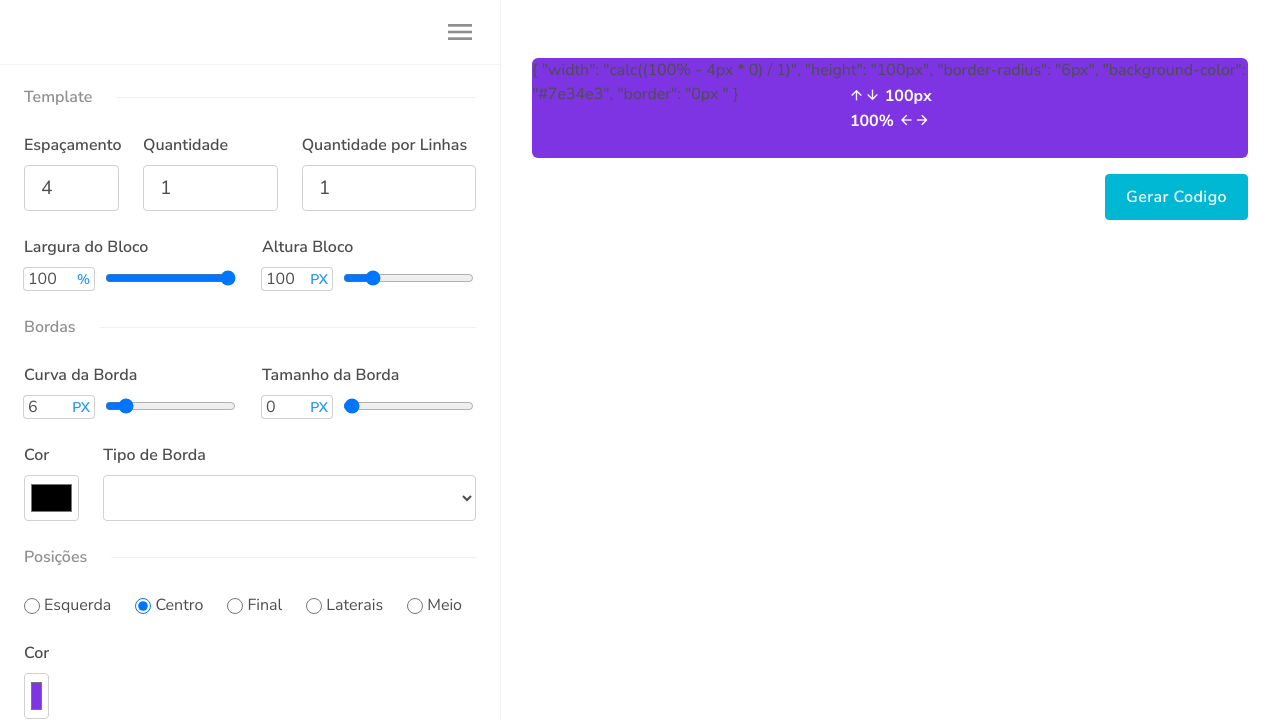
Repository: Flintdl/lowcode-elements
Page: /
An editor plug-in stored every save of this project. The page is shown before and after the next save, followed by the edit.
The browser window is 1280 px wide. The pictures show the whole page.
The project was rebuilt for these pictures with package versions that can differ from the ones it lists, and the page was loaded fresh each time. Also part of the build but not shown: vue.config.js.

Above is the page before, as saved 2022-04-05 17:13:51.

After the next save:
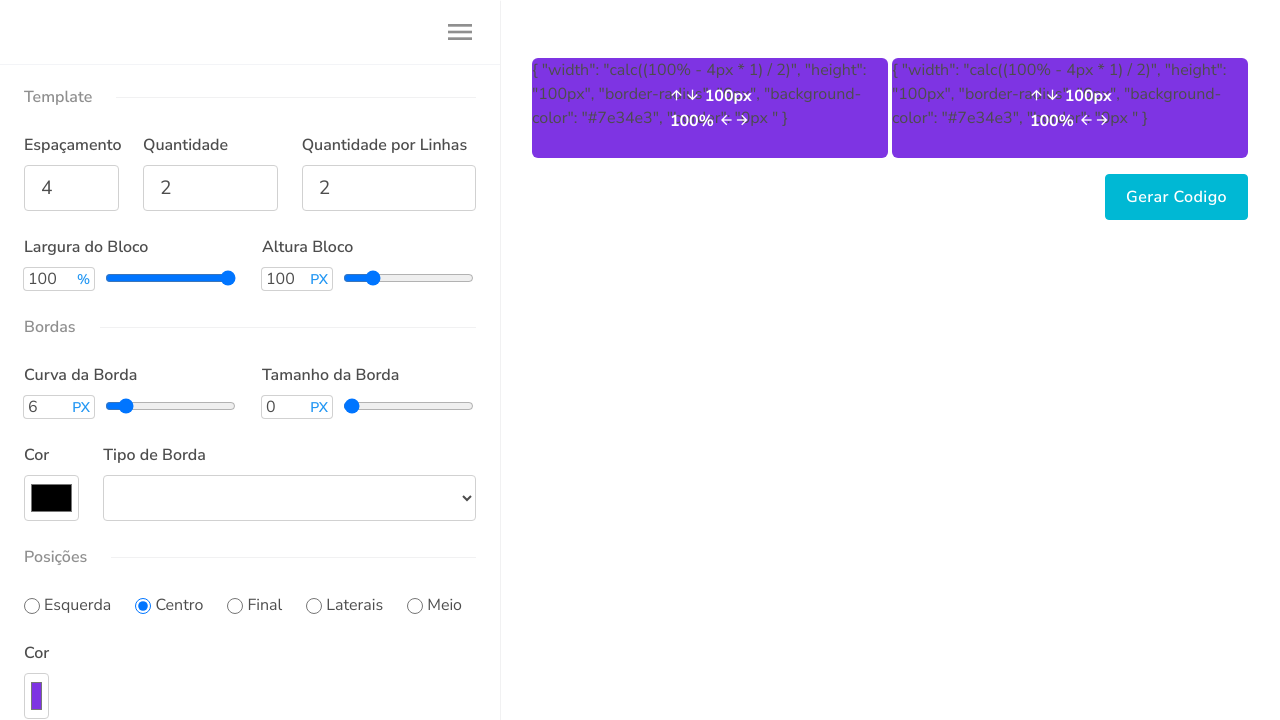
Saved 11 s later.
--- a/src/components/Menu/MenuTemplate.vue
+++ b/src/components/Menu/MenuTemplate.vue
@@ -133,8 +133,8 @@ export default {
   name: "MenuTemplate",
   data: function () {
     return {
-      inputQuantidade: (this.inputQuantidade = "1"),
-      inputQuantidadeLinha: (this.inputQuantidadeLinha = "1"),
+      inputQuantidade: (this.inputQuantidade = "2"),
+      inputQuantidadeLinha: (this.inputQuantidadeLinha = "2"),
       inputBorderRadius: (this.inputBorderRadius = "6"),
       inputRange: (this.inputRange = "100"),
       valorHeight: (this.valorHeight = "100"),
